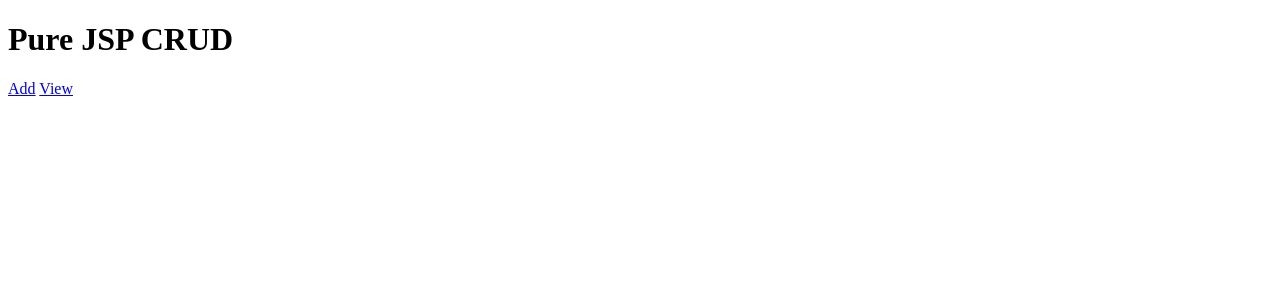
Repository: 2001Yogi/JavaWebAssignment
Page: http://localhost/JSPCRUD/
An editor plug-in stored every save of this project. The page is shown before and after the next save, followed by the edit.
The browser window is 1280 px wide. The pictures show the whole page.
The page is served by Tomcat 9.

Above is the page before, as saved 2024-09-18 12:00:43.

After the next save:
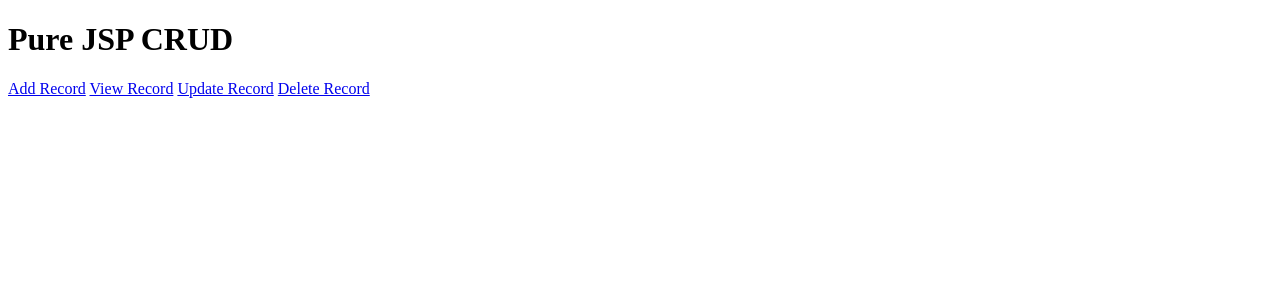
Saved 67 s later.
--- a/JSPCRUD/src/main/webapp/index.jsp
+++ b/JSPCRUD/src/main/webapp/index.jsp
@@ -9,7 +9,9 @@
 </head>
 <body>
 <h1>Pure JSP CRUD</h1>
-<a href="add.jsp">Add</a>
-<a href="add.jsp">View</a>
+<a href="add.jsp">Add Record</a>
+<a href="view.jsp">View Record</a>
+<a href="update.jsp">Update Record</a>
+<a href="delete.jsp">Delete Record</a>
 </body>
 </html>
